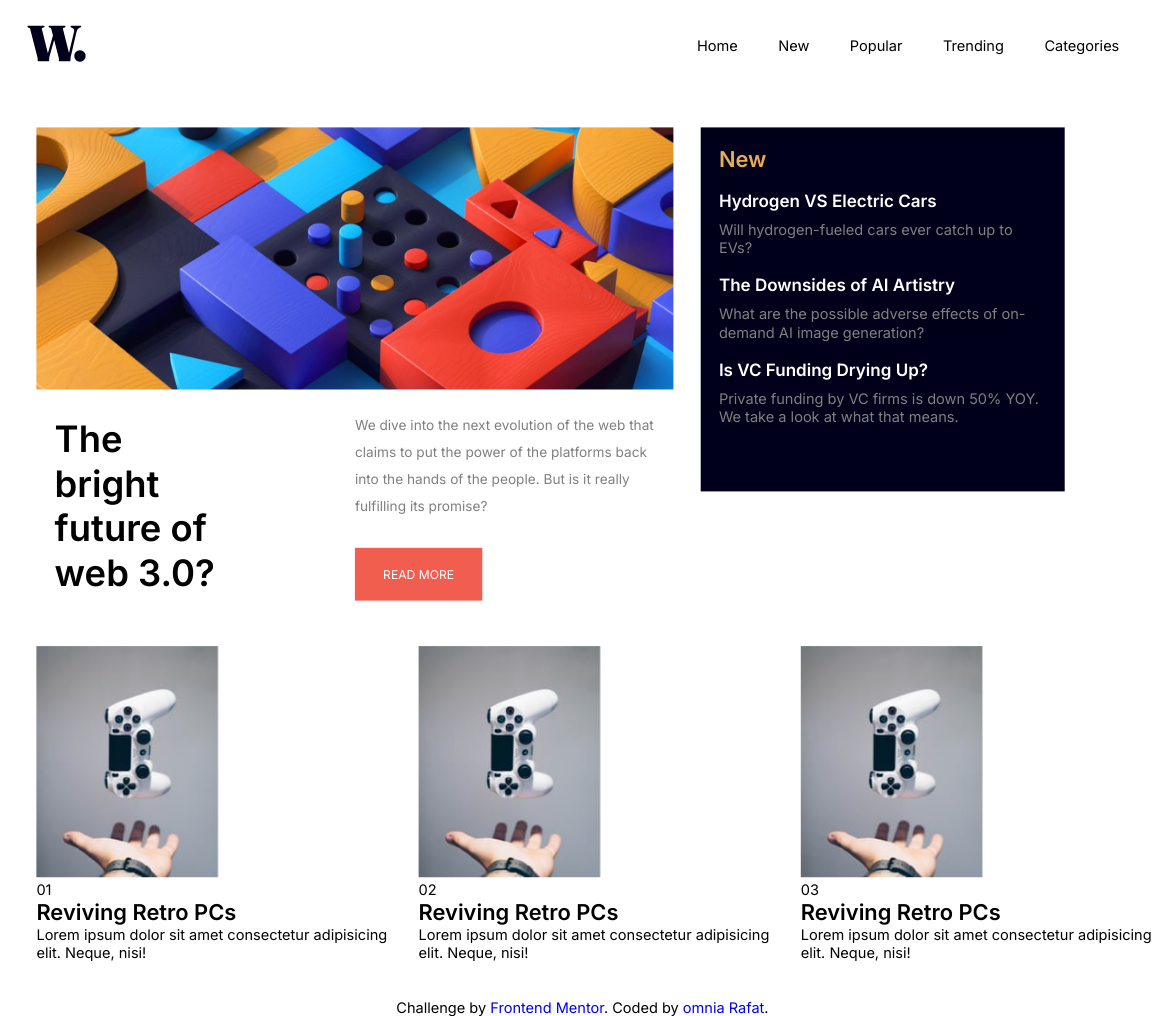
Repository: OmniaRafat232111121/HomePage
Page: index.html
The author's editor kept a copy of each file at every save. The page is drawn from the files as they stood at one save, then again after a run of saves.
The browser window is 1280 px wide. The pictures show the whole page, at 91% of full size.

Above is the page before, as saved 2022-12-17 17:28:38.

After the next 3 saves:
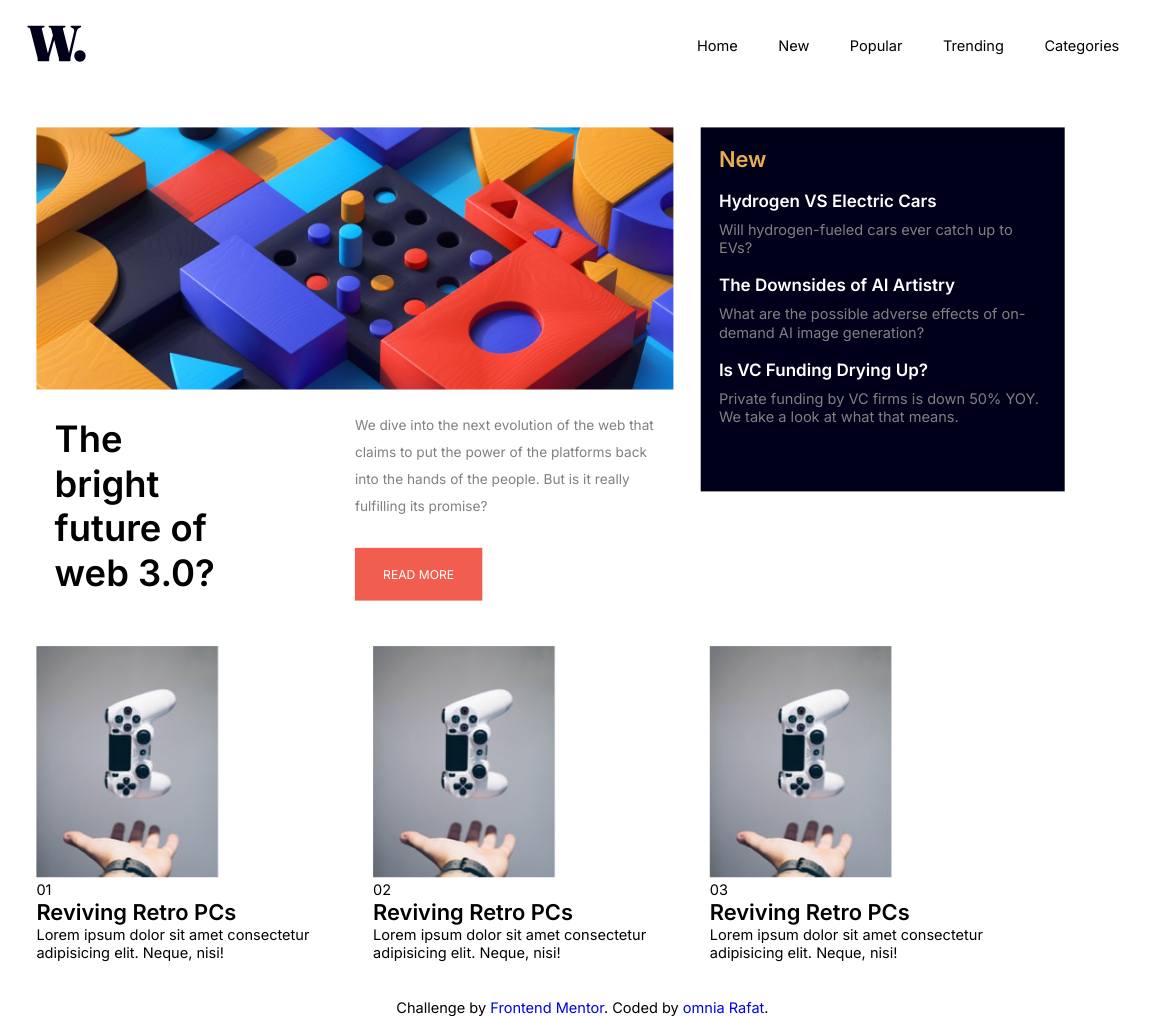
The 3 saves are shown as one change because they came seconds apart.
The last was saved 29 s later.
--- a/style.css
+++ b/style.css
@@ -107,7 +107,7 @@ background-color: #000;
 }
 .products{
  display: grid;
-   grid-template-columns: 400px 400px 400px;
+   grid-template-columns: 350px 350px 350px;
     gap: 20px;
 
 }
